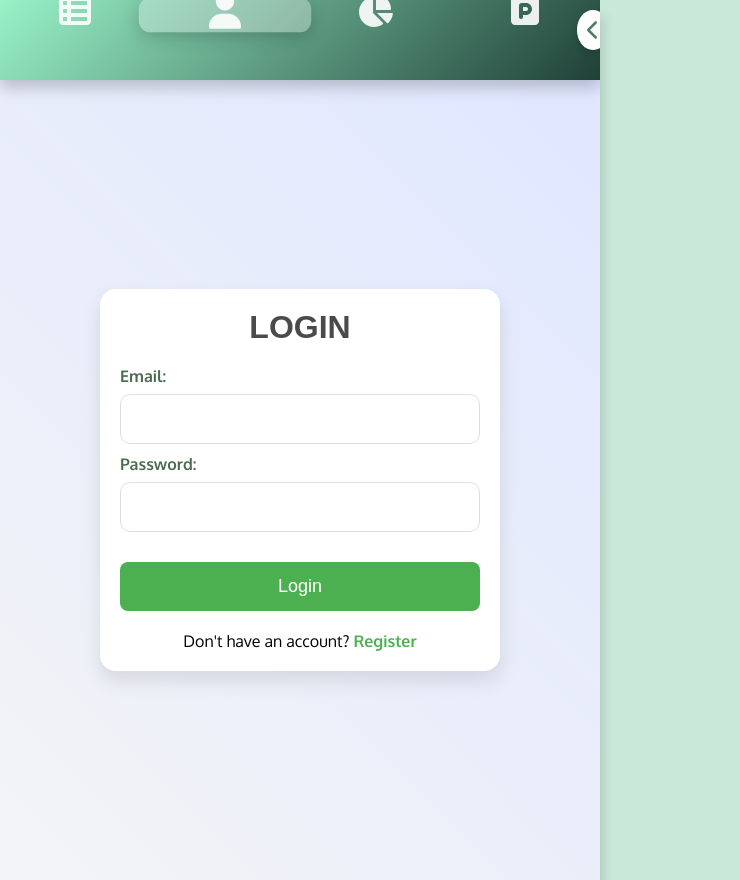
Repository: minhnhat2803/Thesis-Web-Mobile
Page: /slots (app in client/)
The author's editor kept a copy of each file at every save. The page is drawn from the files as they stood at one save, then again after the next save.
The browser window is 600 px wide. The page is 740 px wide, so the pictures cover 740 px, including what lies to the right of the window. The pictures show the whole page.
The project was rebuilt for these pictures with package versions that can differ from the ones it lists, and the page was loaded fresh each time. Also part of the build but not shown: client/vite.config.js, client/src/styles/Header.module.css, client/src/components/Header.jsx, client/src/styles/pages/Dashboard.module.css, client/src/actions/index.js, client/src/components/Dashboard.jsx, client/src/styles/Table.module.css, client/src/components/Table.jsx and 3 more.

Above is the page before, as saved 2025-01-03 20:27:42.

### client/index.html
<!DOCTYPE html>
<html lang="en">
  <head>
    <meta charset="UTF-8" />
    <link rel="icon" type="image/svg+xml" href="/vite.svg" />
    <meta name="viewport" content="width=device-width, initial-scale=1.0" />
    <title>ASPS - Smart Parking Administration Website</title>
  </head>
  <body>
    <div id="root"></div>
    <script type="module" src="./src/main.jsx"></script>
  </body>
</html>

### client/src/main.jsx
import React from "react";
import ReactDOM from "react-dom/client";
import App from "./App";
import "./global.css";

ReactDOM.createRoot(document.getElementById("root")).render(
  <React.StrictMode>
    <App />
  </React.StrictMode>
);

### client/src/App.jsx
import React from "react";
import { BrowserRouter as Router, Routes, Route } from "react-router-dom";
import TabBar from "./components/TabBar";
import styles from "./styles/Container.module.css";
import classNames from "classnames/bind";
import Header from "./components/Header";
import Content from "./components/Dashboard";
import Table from "./components/Table";
import Slots from "./pages/Slots";
import Profile from "./pages/Profile";
import Summarize from "./pages/Summarize";
import ProtectedRoute from "../src/config/ProtectedRoute";
import { AuthProvider } from "../src/config/AuthContext";
import { ToastContainer } from "react-toastify";
import "react-toastify/dist/ReactToastify.css";

const cx = classNames.bind(styles);

function App() {
  return (
    <AuthProvider>
      <Router>
        <div className={cx("container")}>
          <ToastContainer />
          <div className={cx("dashboard-container")}>
            <TabBar />
            <div className={cx("main-content")}>
              <Routes>
                <Route path="/profile" element={<Profile />} />
                <Route
                  path="/dashboard"
                  element={
                    <ProtectedRoute>
                      <>
                        <Header />
                        <Content />
                        <Table />
                      </>
                    </ProtectedRoute>
                  }
                />
                <Route
                  path="/slots"
                  element={
                    <ProtectedRoute>
                      <Slots />
                    </ProtectedRoute>
                  }
                />
                <Route
                  path="/summarize"
                  element={
                    <ProtectedRoute>
                      <Summarize />
                    </ProtectedRoute>
                  }
                />
              </Routes>
            </div>
          </div>
        </div>
      </Router>
    </AuthProvider>
  );
}

export default App;

### client/src/global.css
@import url("https://fonts.googleapis.com/css2?family=Oxygen:wght@300;400;700&display=swap");

* {
  margin: 0;
  padding: 0;
  box-sizing: border-box;
  overflow-y: hidden;
}

body {
  background-color: #f4f6f8;
  font-family: "Oxygen", sans-serif;
  min-width: 100vh;
}

@media screen and (min-width: 740px) and (max-width: 1024px) {
  body {
    background-color: #cae8d9;
    font-family: "Oxygen", sans-serif;
    min-width: 740px;
  }
}

@media (max-width: 739px) {
  body {
    background-color: #cae8d9;
    font-family: "Oxygen", sans-serif;
    min-width: 740px;
  }
}

### client/src/components/TabBar.jsx
import React, { useEffect, useState } from "react";
import { useNavigate, useLocation } from "react-router-dom";
import classNames from "classnames/bind";
import styles from "../styles/TabBar.module.css";
import { FontAwesomeIcon } from "@fortawesome/react-fontawesome";
import {
  faTableList,
  faUser,
  faParking,
  faChartPie,
  faChevronLeft,
  faChevronRight,
} from "@fortawesome/free-solid-svg-icons";
import { motion } from "framer-motion";

const cx = classNames.bind(styles);

const tabs = [
  {
    index: 0,
    title: "Dashboard",
    icon: faTableList,
    path: "/dashboard",
  },
  {
    index: 1,
    title: "Profile",
    icon: faUser,
    path: "/profile",
  },
  {
    index: 2,
    title: "Summarize",
    icon: faChartPie,
    path: "/summarize",
  },
  {
    index: 3,
    title: "Slots",
    icon: faParking,
    path: "/slots",
  },
];

function TabBar() {
  const [click, setClick] = useState(0);
  const [isCollapsed, setIsCollapsed] = useState(false);
  const navigate = useNavigate();
  const location = useLocation();

  useEffect(() => {
    const currentTab = tabs.findIndex((tab) => tab.path === location.pathname);
    if (currentTab !== -1) {
      setClick(currentTab);
    }
  }, [location.pathname]);

  const handleTabClick = (index, path) => {
    setClick(index);
    navigate(path);
  };

  const toggleTabBar = () => {
    setIsCollapsed(!isCollapsed);
  };

  return (
    <div className={cx("tabBar-container", { collapsed: isCollapsed })}>
      <motion.div
        className={cx("toggle-container")}
        onClick={toggleTabBar}
        whileHover={{ scale: 1.2, rotate: 10 }}
        whileTap={{ scale: 0.9 }}
      >
        <FontAwesomeIcon
          icon={isCollapsed ? faChevronRight : faChevronLeft}
          size="lg"
        />
      </motion.div>

      <div className={cx("tabs")}>
        {tabs.map((tab, index) => (
          <motion.div
            key={index}
            onClick={() => handleTabClick(index, tab.path)}
            className={cx("tabCell-container", { active: click === index })}
            whileHover={{
              scale: 1.1,
              backgroundColor: "rgba(255, 255, 255, 0.2)",
            }}
            whileTap={{ scale: 0.95 }}
            style={{
              height: `calc(100% / ${tabs.length})`,
            }}
          >
            <FontAwesomeIcon size="2x" icon={tab.icon} />
            {!isCollapsed && (
              <motion.p
                className={cx("tabCell-title")}
                initial={{ opacity: 0, x: -10 }}
                animate={{ opacity: 1, x: 0 }}
                transition={{ delay: 0.2 }}
              >
                {tab.title}
              </motion.p>
            )}
          </motion.div>
        ))}
      </div>
    </div>
  );
}

export default TabBar;

### client/src/styles/Container.module.css
.dashboard-container {
    width: 100%;
    height: 100vh;
    background-color: #f4f6f8;
    display: flex;
}

.main-content {
    width: 100%;
    margin-left: 80px;
    margin-right: 100px;
}

@media screen and (min-width: 740px) and (max-width: 1024px) {
    .dashboard-container {
        width: 100vw;
        height: auto;
        background-color: #f4f6f8;
        overflow: hidden;
        display: flex;
        box-shadow: 5px 16px 10px rgba(0, 0, 0, 0.1);
    }

    .main-content {
        width: 100vw;
        margin-left: 0px;
        margin-right: 0px;
    }
}

@media (max-width: 739px) {
    .dashboard-container {
        width: 100vw;
        height: auto;
        background-color: #f4f6f8;
        overflow: hidden;
        display: flex;
        flex-direction: column;
        box-shadow: 5px 16px 10px rgba(0, 0, 0, 0.1);
    }
    .main-content {
        width: 100vw;
        margin-left: 0px;
        margin-right: 0px;
    }
}

### client/src/pages/Profile.jsx
import React, { useState, useEffect } from "react";
import styles from "../styles/pages/Profile.module.css";
import { auth } from "../config/firebase";
import { createUserWithEmailAndPassword, signInWithEmailAndPassword } from "firebase/auth";
import { useAuth } from "../config/AuthContext";

function Profile() {
  const { login, logout } = useAuth();
  const [isLogin, setIsLogin] = useState(true);
  const [userInfo, setUserInfo] = useState(null);

  useEffect(() => {
    const storedUserInfo = localStorage.getItem("userInfo");
    if (storedUserInfo) {
      setUserInfo(JSON.parse(storedUserInfo));
    }
  }, []);

  useEffect(() => {
    if (userInfo) {
      localStorage.setItem("userInfo", JSON.stringify(userInfo));
    }
  }, [userInfo]);

  const handleLoginSubmit = async (e) => {
    e.preventDefault();
    const email = e.target.elements[0].value;
    const password = e.target.elements[1].value;

    try {
      const userCredential = await signInWithEmailAndPassword(auth, email, password);
      const currentDateTime = new Date().toLocaleString();
      const loggedInUserInfo = {
        email: userCredential.user.email,
        lastLogin: currentDateTime,
      };

      login(loggedInUserInfo);
      setUserInfo(loggedInUserInfo);
    } catch (error) {
      alert("Login failed: " + error.message);
    }
  };

  const handleRegisterSubmit = async (e) => {
    e.preventDefault();
    const email = e.target.elements[0].value;
    const password = e.target.elements[1].value;
    const confirmPassword = e.target.elements[2].value;

    if (password !== confirmPassword) {
      alert("Passwords do not match!");
      return;
    }

    try {
      const userCredential = await createUserWithEmailAndPassword(auth, email, password);
      const registeredUserInfo = {
        email: userCredential.user.email,
        lastLogin: new Date().toLocaleString(),
      };

      login(registeredUserInfo);
      setUserInfo(registeredUserInfo);
      setIsLogin(true);
    } catch (error) {
      alert("Registration failed: " + error.message);
    }
  };

  const handleLogout = () => {
    setUserInfo(null);
    logout();
    localStorage.removeItem("userInfo");
  };

  return (
    <div className={styles.profileContainer}>
      <div className={styles.formContainer}>
        {userInfo ? (
          <div className={styles.profileDetails}>
            <h2>Profile Information</h2>
            <p>Email: {userInfo.email}</p>
            <p>Last Login: {userInfo.lastLogin}</p>
            <button onClick={handleLogout}>Logout</button>
          </div>
        ) : isLogin ? (
          <div className={styles.loginForm}>
            <h2>LOGIN</h2>
            <form onSubmit={handleLoginSubmit}>
              <label>Email: <input type="email" required /></label>
              <label>Password: <input type="password" required /></label>
              <button type="submit">Login</button>
            </form>
            <p className={styles.toggleForm}>
              Don't have an account?{" "}
              <span onClick={() => setIsLogin(false)} className={styles.registerLink}>Register</span>
            </p>
          </div>
        ) : (
          <div className={styles.registerForm}>
            <h2>REGISTER</h2>
            <form onSubmit={handleRegisterSubmit}>
              <label>Email: <input type="email" required /></label>
              <label>Password: <input type="password" required /></label>
              <label>Confirm Password: <input type="password" required /></label>
              <button type="submit">Register</button>
            </form>
            <p className={styles.toggleForm}>
              Already have an account?{" "}
              <span onClick={() => setIsLogin(true)} className={styles.loginLink}>Login</span>
            </p>
          </div>
        )}
      </div>
    </div>
  );
}

export default Profile;

### client/src/config/ProtectedRoute.jsx
import React from "react";
import { Navigate } from "react-router-dom";
import { useAuth } from "./AuthContext";

function ProtectedRoute({ children }) {
  const { user } = useAuth();

  return user ? children : <Navigate to="/profile" />;
}

export default ProtectedRoute;

### client/src/config/AuthContext.js
// AuthContext.js
import React, { createContext, useContext, useState, useEffect } from "react";

const AuthContext = createContext();

export function AuthProvider({ children }) {
  const [user, setUser] = useState(null);

  useEffect(() => {
    const storedUser = localStorage.getItem("userInfo");
    if (storedUser) {
      setUser(JSON.parse(storedUser));
    }
  }, []);

  const login = (userInfo) => {
    setUser(userInfo);
    localStorage.setItem("userInfo", JSON.stringify(userInfo));
  };

  const logout = () => {
    setUser(null);
    localStorage.removeItem("userInfo");
  };

  return (
    <AuthContext.Provider value={{ user, login, logout }}>
      {children}
    </AuthContext.Provider>
  );
}

export function useAuth() {
  return useContext(AuthContext);
}

### client/src/styles/TabBar.module.css
.tabBar-container {
  width: 120px;
  background: linear-gradient(135deg, #1f4037, #99f2c8);
  border-right: none;
  box-shadow: 0 8px 15px rgba(0, 0, 0, 0.2);
  display: flex;
  flex-direction: column;
  justify-content: space-between;
  transition: all 0.5s cubic-bezier(0.4, 0, 0.2, 1);
  position: relative;
  overflow: hidden;
}

.tabBar-container.collapsed {
  width: 60px;
}

.toggle-container {
  position: absolute;
  top: 10px;
  right: -9px;
  cursor: pointer;
  z-index: 10;
  background-color: #fff;
  color: #517c64;
  padding: 10px;
  border-radius: 50%;
  box-shadow: 0 4px 8px rgba(0, 0, 0, 0.15);
  transition: transform 0.3s ease, box-shadow 0.3s ease;
}

.toggle-container:hover {
  box-shadow: 0 6px 12px rgba(0, 0, 0, 0.25);
}

.tabs {
  width: 100%;
  height: 100%;
  display: flex;
  flex-direction: column;
  justify-content: space-around;
  padding-top: 60px;
}

.tabCell-container {
  width: 100%;
  display: flex;
  flex-direction: column;
  justify-content: center;
  align-items: center;
  cursor: pointer;
  padding: 15px 0;
  transition: all 0.4s cubic-bezier(0.4, 0, 0.2, 1);
  border-radius: 10px;
  margin: 10px 0;
  color: rgba(255, 255, 255, 0.9);
  background: linear-gradient(135deg, transparent, transparent);
}

.tabCell-container:hover {
  background: linear-gradient(135deg, rgba(255, 255, 255, 0.2), rgba(255, 255, 255, 0.1));
  transform: scale(1.1);
}

.tabCell-title {
  margin-top: 8px;
  font-size: 14px;
  font-weight: 500;
  color: rgba(255, 255, 255, 0.9);
}

.tabCell-container.active {
  background: rgba(255, 255, 255, 0.3);
  box-shadow: 0 4px 15px rgba(0, 0, 0, 0.2);
  transform: scale(1.15);
}

@media (max-width: 739px) {
  .tabBar-container {
    width: 100vw;
    height: 10vh;
    flex-direction: row;
    align-items: center;
    background: linear-gradient(135deg, #99f2c8, #1f4037);
  }
  .tabs {
    flex-direction: row;
    justify-content: space-evenly;
    padding: 0;
  }
  .tabCell-container {
    flex-direction: column;
    margin: 0;
  }
}

### client/src/config/firebase.js
import { initializeApp } from "firebase/app";
import { getAuth } from "firebase/auth";

import { getFirestore } from "firebase/firestore";
const firebaseConfig = {
    apiKey: "AIzaSyBL6smHyIPLYk8AsCLDpU_Xcr4zFFii8rM",
    authDomain: "iot-smart-parking-72f94.firebaseapp.com",
    projectId: "iot-smart-parking-72f94",
    storageBucket: "iot-smart-parking-72f94.appspot.com",
    messagingSenderId: "144827756125",
    appId: "1:144827756125:web:6a4ce29fb31f48d54ae7b4",
    measurementId: "G-6L53JE2ZJF",
};

const app = initializeApp(firebaseConfig);
export const auth = getAuth(app);
export const db = getFirestore(app);

### client/src/styles/pages/Slots.module.css
:root {
    --primary-color: #007bff;
    --secondary-color: #dc3545;
    --neutral-light: #f8f9fa;
    --neutral-dark: #343a40;
    --neutral-border: #dee2e6;
    --card-shadow: 0px 6px 10px rgba(0, 0, 0, 0.1);
    --hover-shadow: 0px 8px 16px rgba(0, 0, 0, 0.15);
    --transition-time: 0.3s ease;
    --status-available: #28a745;
    --status-unavailable: #ff4d4d;
}

.container {
    display: flex;
    flex-direction: column;
    align-items: center;
    padding: 20px;
    font-family: "Arial", sans-serif;
    background-color: var(--neutral-light);
    min-height: 100vh;
}

.header {
    text-align: center;
    margin-bottom: 20px;
}

h1 {
    font-size: 28px;
    font-weight: bold;
    color: var(--neutral-dark);
}

.actions {
    display: flex;
    gap: 15px;
    align-items: center;
    margin-bottom: 30px;
}

.input {
    flex: 1;
    padding: 12px;
    border: 1px solid var(--neutral-border);
    border-radius: 8px;
    font-size: 16px;
    background-color: white;
    box-shadow: var(--card-shadow);
    outline: none;
    transition: box-shadow var(--transition-time);
}

.input:focus {
    box-shadow: var(--hover-shadow);
}

.addBtn,
.deleteBtn {
    padding: 10px 20px;
    border: none;
    border-radius: 8px;
    font-size: 16px;
    font-weight: bold;
    cursor: pointer;
    transition: all var(--transition-time);
    color: white;
    box-shadow: var(--card-shadow);
}

.addBtn {
    background-color: var(--primary-color);
}

.addBtn:hover {
    background-color: #0056b3;
    box-shadow: var(--hover-shadow);
}

.deleteBtn {
    background-color: var(--secondary-color);
}

.deleteBtn:hover {
    background-color: #c82333;
    box-shadow: var(--hover-shadow);
}

.parkingLot {
    display: flex;
    flex-direction: column;
    justify-content: center;
    width: 100%;
    padding: 20px;
}

.entryExit {
    display: flex;
    justify-content: space-between;
    align-items: center;
    margin-bottom: 20px;
}

.entry,
.exit {
    padding: 10px 20px;
    border: 2px solid var(--neutral-dark);
    border-radius: 8px;
    font-size: 18px;
    font-weight: bold;
    color: var(--neutral-dark);
    background-color: var(--neutral-light);
    text-align: center;
    display: flex;
    align-items: center;
}

.arrow {
    font-size: 24px;
    margin: 0 10px;
}

.parkingLotGrid {
    display: grid;
    grid-template-columns: repeat(3, 1fr); /* 3 cột */
    grid-template-rows: repeat(2, 1fr); /* 2 hàng */
    gap: 20px; /* Khoảng cách giữa các ô */
    width: 100%;
}

.slot {
    padding: 30px;
    border: 1px solid var(--neutral-border);
    border-radius: 8px;
    text-align: center;
    font-size: 18px;
    font-weight: bold;
    color: white;
    box-shadow: var(--card-shadow);
    transition: transform var(--transition-time), box-shadow var(--transition-time);
    position: relative;
    cursor: pointer;
}

.slot:hover {
    transform: translateY(-5px);
    box-shadow: var(--hover-shadow);
}

.available {
    background-color: var(--status-available);
}

.unavailable {
    background-color: var(--status-unavailable);
}

.status {
    margin-top: 10px;
    font-size: 14px;
    font-weight: normal;
    color: white;
    opacity: 0.8;
}

.selected {
    background-color: #ffc107; /* Màu vàng cho ô được chọn */
    box-shadow: 0px 8px 16px rgba(0, 0, 0, 0.2);
}

.selected:hover {
    transform: translateY(-5px);
    box-shadow: var(--hover-shadow);
}

.cameras {
    display: flex;
    justify-content: space-between;
    margin-top: 20px;
}

.camera {
    padding: 10px 20px;
    border: 2px solid var(--neutral-dark);
    border-radius: 8px;
    font-size: 18px;
    font-weight: bold;
    color: var(--neutral-dark);
    background-color: var(--neutral-light);
    text-align: center;
}

### client/src/styles/pages/Profile.module.css
.profileContainer {
  display: flex;
  justify-content: center;
  align-items: center;
  height: 100vh;
  background: linear-gradient(45deg, #f3f4f6, #e0e7ff);
  padding: 50px;
}

.formContainer {
  background-color: #ffffff;
  border-radius: 16px;
  box-shadow: 0px 10px 20px rgba(0, 0, 0, 0.1);
  padding: 30px;
  width: 100%;
  max-width: 500px;
  transition: all 0.3s ease;
  transform: translateY(30px);
  opacity: 0;
  animation: fadeInUp 0.8s forwards;
}

@keyframes fadeInUp {
  to {
    transform: translateY(0);
    opacity: 1;
  }
}

h2 {
  margin-bottom: 20px;
  font-size: 32px;
  font-family: 'Montserrat', sans-serif;
  text-align: center;
  color: #4a4a4a;
}

form {
  display: flex;
  flex-direction: column;
}

label {
  margin-bottom: 10px;
  font-weight: bold;
  color: #4b6b50;
}

input[type="email"],
input[type="password"] {
  width: 100%;
  padding: 15px;
  margin-top: 8px;
  border: 1px solid #ddd;
  border-radius: 10px;
  font-size: 16px;
  transition: border-color 0.3s ease-in-out;
}

input[type="email"]:focus,
input[type="password"]:focus {
  border-color: #4CAF50;
  outline: none;
}

button {
  padding: 14px;
  border: none;
  border-radius: 8px;
  background-color: #4CAF50;
  color: white;
  font-size: 18px;
  cursor: pointer;
  margin-top: 20px;
  transition: background-color 0.3s ease;
}

button:hover {
  background-color: #45a049;
}

/* Profile details */
.profileDetails {
  text-align: center;
  font-size: 16px;
}

.profileDetails button {
  padding: 12px;
  font-size: 16px;
  border-radius: 8px;
  background-color: #FF6F61;
  color: white;
  border: none;
  margin-top: 20px;
}

.profileDetails button:hover {
  background-color: #e65f56;
}

.loginForm p,
.registerForm p {
  text-align: center;
  margin-top: 20px;
}

.loginForm span,
.registerForm span {
  color: #4CAF50;
  font-weight: bold;
  cursor: pointer;
}

.loginForm span:hover,
.registerForm span:hover {
  text-decoration: underline;
}

@media (max-width: 768px) {
  .formContainer {
    width: 100%;
    max-width: 400px;
    padding: 20px;
  }
}

After the next save:
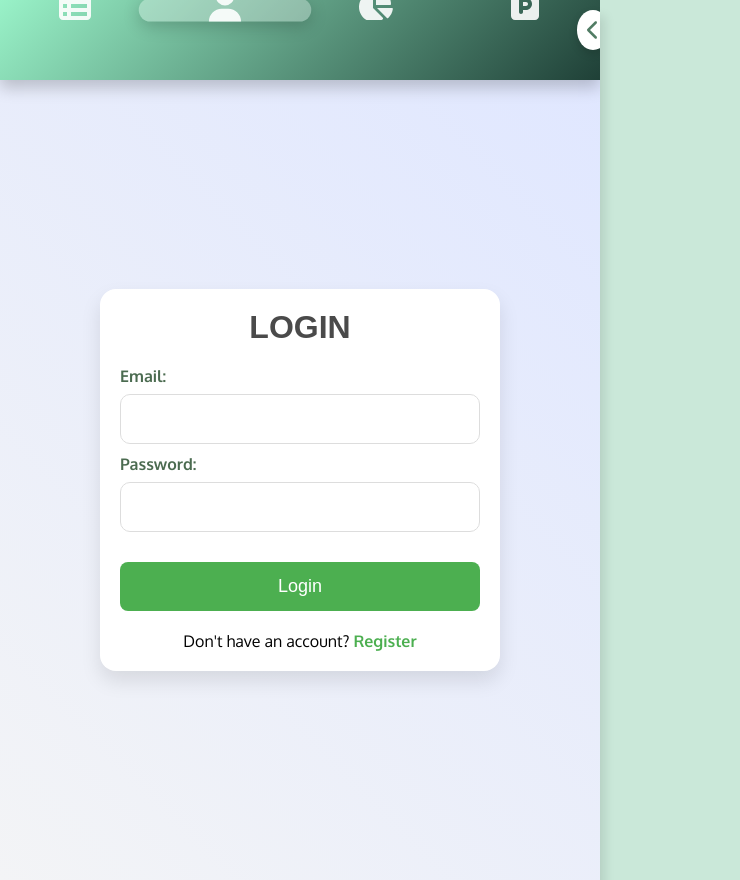
Saved 7 min 50 s later.
--- a/client/src/styles/TabBar.module.css
+++ b/client/src/styles/TabBar.module.css
@@ -8,7 +8,8 @@
   justify-content: space-between;
   transition: all 0.5s cubic-bezier(0.4, 0, 0.2, 1);
   position: relative;
-  overflow: hidden;
+  overflow: hidden; /* Ẩn thanh cuộn ngang */
+  box-sizing: border-box; /* Đảm bảo padding và border không làm tăng kích thước */
 }
 
 .tabBar-container.collapsed {
@@ -40,6 +41,7 @@
   flex-direction: column;
   justify-content: space-around;
   padding-top: 60px;
+  box-sizing: border-box; /* Đảm bảo padding không làm tăng kích thước */
 }
 
 .tabCell-container {
@@ -55,6 +57,7 @@
   margin: 10px 0;
   color: rgba(255, 255, 255, 0.9);
   background: linear-gradient(135deg, transparent, transparent);
+  box-sizing: border-box; /* Đảm bảo padding không làm tăng kích thước */
 }
 
 .tabCell-container:hover {
@@ -82,6 +85,7 @@
     flex-direction: row;
     align-items: center;
     background: linear-gradient(135deg, #99f2c8, #1f4037);
+    overflow-x: hidden; /* Ẩn thanh cuộn ngang trên mobile */
   }
   .tabs {
     flex-direction: row;
@@ -91,5 +95,9 @@
   .tabCell-container {
     flex-direction: column;
     margin: 0;
+    padding: 10px 0; /* Giảm padding để phù hợp với màn hình nhỏ */
+  }
+  .tabCell-title {
+    font-size: 12px; /* Giảm kích thước font cho phù hợp */
   }
 }

After the save that followed:
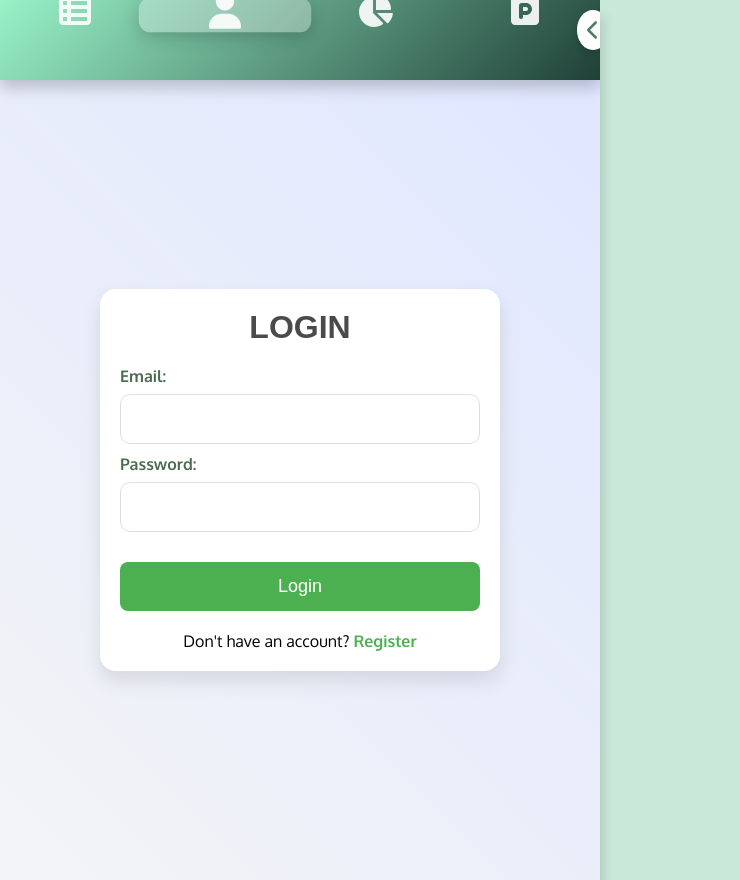
Saved 22 s later.
--- a/client/src/styles/TabBar.module.css
+++ b/client/src/styles/TabBar.module.css
@@ -8,8 +8,7 @@
   justify-content: space-between;
   transition: all 0.5s cubic-bezier(0.4, 0, 0.2, 1);
   position: relative;
-  overflow: hidden; /* Ẩn thanh cuộn ngang */
-  box-sizing: border-box; /* Đảm bảo padding và border không làm tăng kích thước */
+  overflow: hidden;
 }
 
 .tabBar-container.collapsed {
@@ -41,7 +40,6 @@
   flex-direction: column;
   justify-content: space-around;
   padding-top: 60px;
-  box-sizing: border-box; /* Đảm bảo padding không làm tăng kích thước */
 }
 
 .tabCell-container {
@@ -57,7 +55,6 @@
   margin: 10px 0;
   color: rgba(255, 255, 255, 0.9);
   background: linear-gradient(135deg, transparent, transparent);
-  box-sizing: border-box; /* Đảm bảo padding không làm tăng kích thước */
 }
 
 .tabCell-container:hover {
@@ -85,7 +82,6 @@
     flex-direction: row;
     align-items: center;
     background: linear-gradient(135deg, #99f2c8, #1f4037);
-    overflow-x: hidden; /* Ẩn thanh cuộn ngang trên mobile */
   }
   .tabs {
     flex-direction: row;
@@ -95,9 +91,5 @@
   .tabCell-container {
     flex-direction: column;
     margin: 0;
-    padding: 10px 0; /* Giảm padding để phù hợp với màn hình nhỏ */
-  }
-  .tabCell-title {
-    font-size: 12px; /* Giảm kích thước font cho phù hợp */
   }
 }
